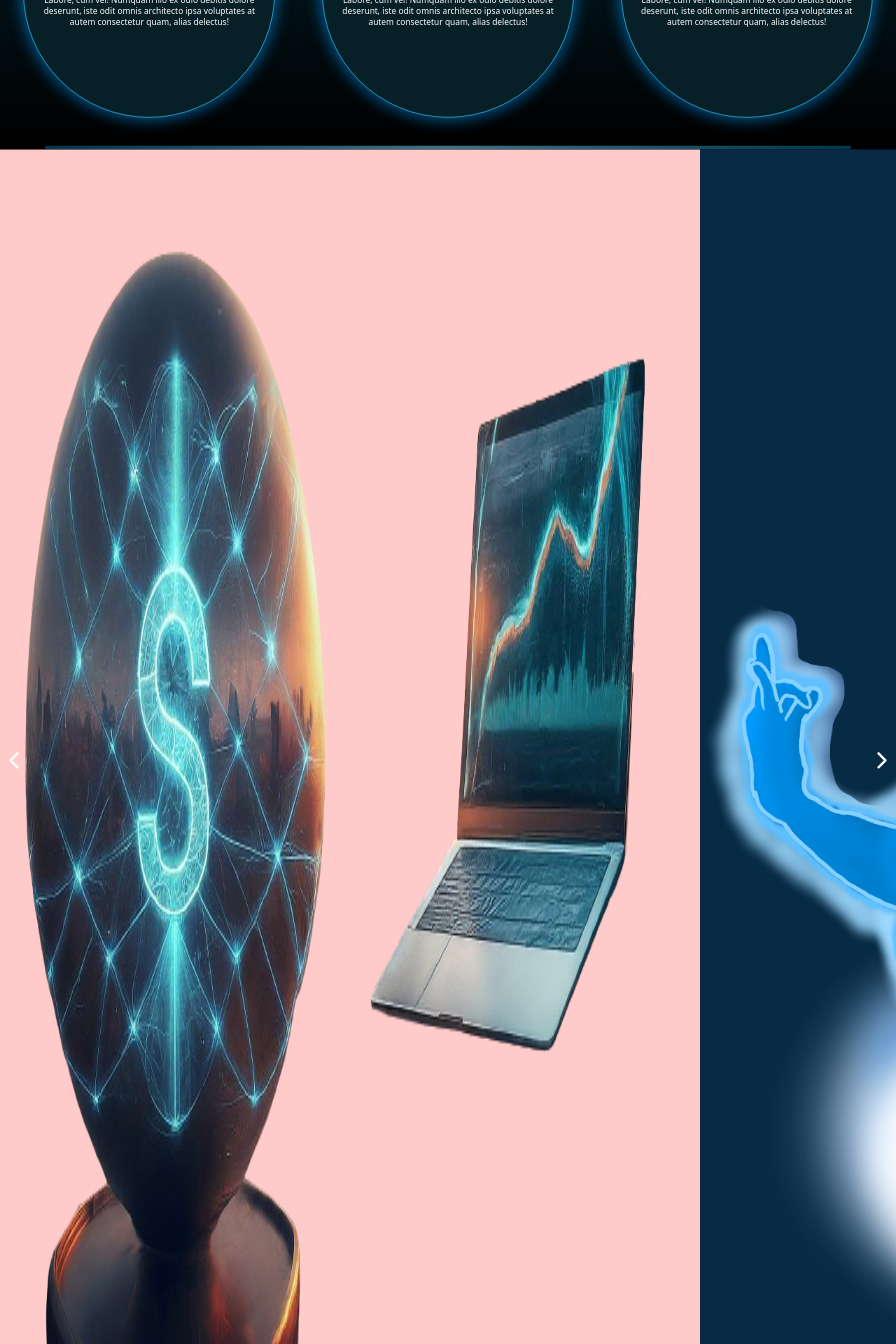
Repository: TMuse333/q3-desings2
Page: /
These files come from the project's save history. The page is drawn as it stood at one moment and after a run of saves; the edit follows.
The browser window is 1280 px wide. The pictures show the part of the page from y = 2253 to 4173 px (the page is 4173 px tall before and 2966 px after), at 70% of full size.
The project was rebuilt for these pictures with package versions that can differ from the ones it lists, and the page was loaded fresh each time. Also part of the build but not shown: vite.config.ts.

Above is the page before, as saved 2024-05-11 14:04:00.

After the next 3 saves:
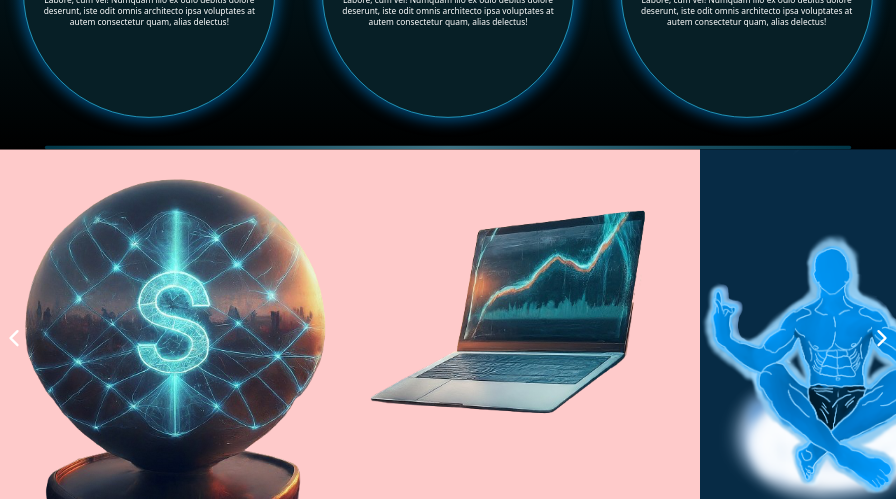
The 3 saves are shown as one change because they came seconds apart.
The last was saved 23 s later.
--- a/src/components/carousel/carousel.tsx
+++ b/src/components/carousel/carousel.tsx
@@ -28,6 +28,7 @@ const Carousel:React.FC<CarouselProps> = ({images}) =>{
                     <img src={image}
                     key={index}
                     className='transition-transform bg-red-200
+                    h-[500px]
                     '
                     style={{
                         transform:`translateX(-${imageIndex * 100}%)`
